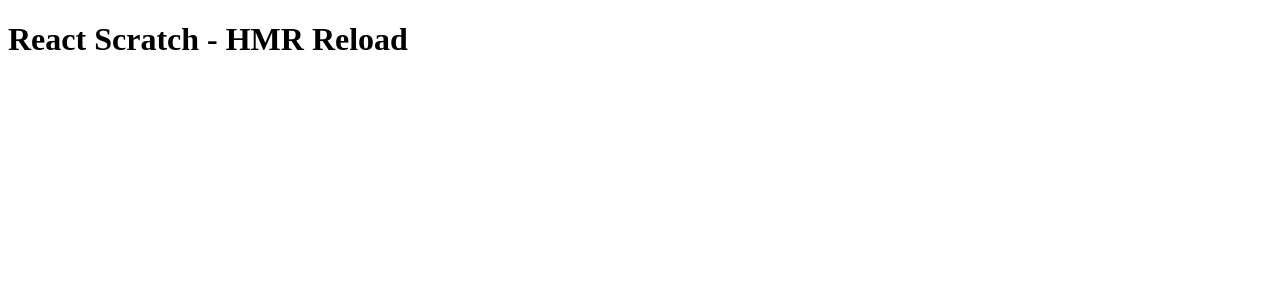
Repository: Chelle77322/ReactScratch
Page: /
An editor plug-in stored every save of this project. The page is shown before and after the next save, followed by the edit.
The browser window is 1280 px wide. The pictures show the whole page.
The project was rebuilt for these pictures with package versions that can differ from the ones it lists, and the page was loaded fresh each time. Also part of the build but not shown: webpack.config.js.

Above is the page before, as saved 2022-12-26 10:19:04.

### public/index.html
<!DOCTYPE html>
<html lang="en">
<head>
  <meta charset="UTF-8">
  <meta name="viewport" content="width=device-width, initial-scale=1.0">
  <title>React App From Scratch</title>
</head>
<body>

  <div id="root"></div>

</body>
</html>

### src/index.js
import React from 'react';
import ReactDOM from 'react-dom';
class App extends React.Component {
  render() {
    return <h1>React Scratch - HMR Reload</h1>;
    <p>🐫 </p>;
  }
}
ReactDOM.render(<App />, document.getElementById('root'));

After the next save:
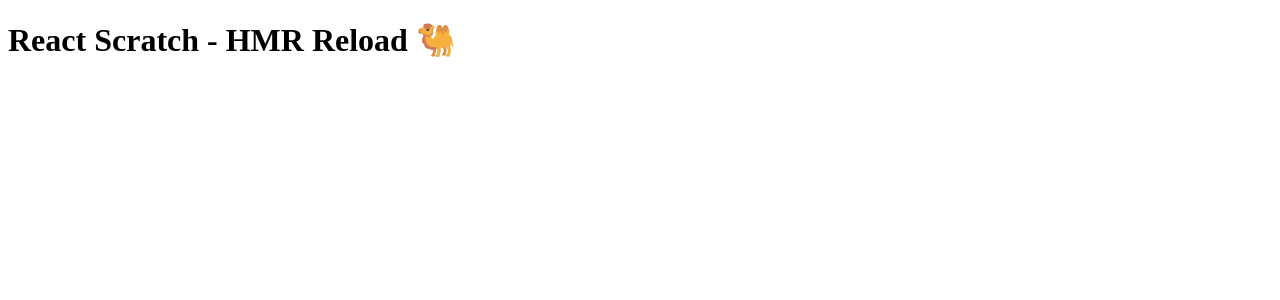
Saved 70 s later.
--- a/src/index.js
+++ b/src/index.js
@@ -2,8 +2,8 @@
 import ReactDOM from 'react-dom';
 class App extends React.Component {
   render() {
-    return <h1>React Scratch - HMR Reload</h1>;
-    <p>🐫 </p>;
+    return <h1>React Scratch - HMR Reload 🐫</h1>;
+    ;
   }
 }
 ReactDOM.render(<App />, document.getElementById('root'));
